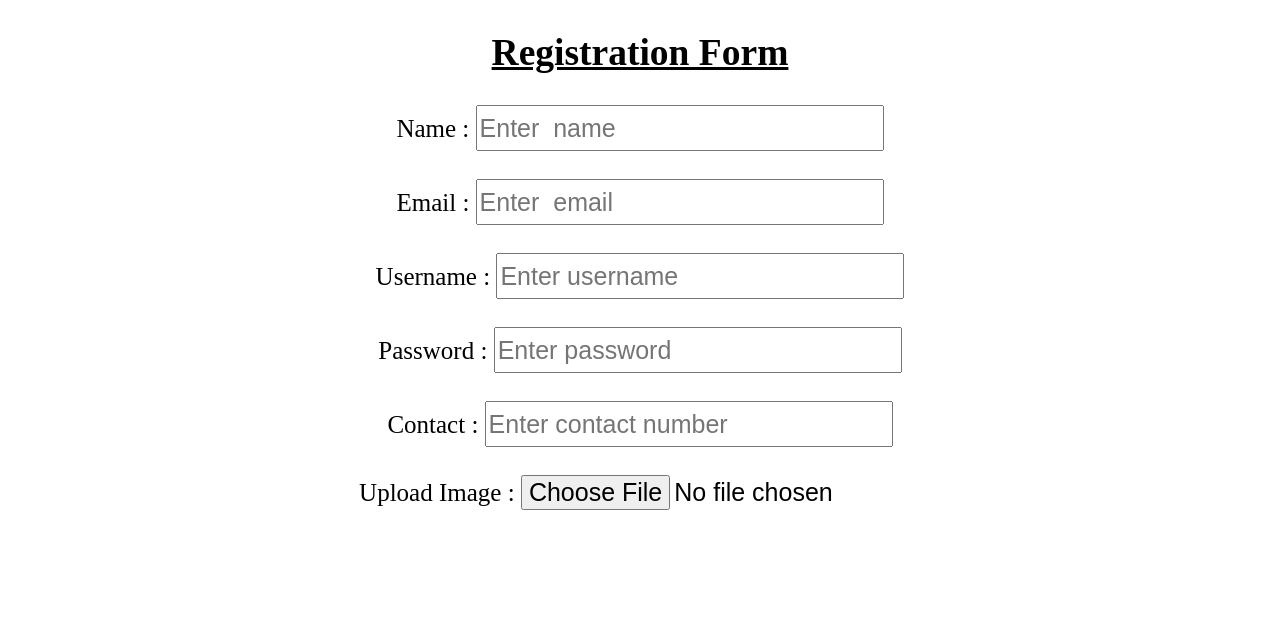
Repository: umeshkumarchamp/SpringMVC
Page: http://localhost/webapp/WEB-INF/views/home.jsp
These files come from the project's save history. The page is drawn as it stood at one moment and after the next save; the edit follows.
The browser window is 1280 px wide. The pictures show the whole page.
The page is served by Tomcat 9. Nobody is signed in. Other server files are loaded and not shown. The template is opened directly, without the code that normally fills it, so the values that code supplies are empty.

Above is the page before, as saved 2023-11-23 05:58:33.

### webapp/src/main/webapp/WEB-INF/views/home.jsp
<%@page contentType="text/html" pageEncoding="UTF-8"%>
<!DOCTYPE HTML PUBLIC "-//W3C//DTD HTML 4.01 Transitional//EN"
   "http://www.w3.org/TR/html4/loose.dtd">

<html>
<head>
<meta http-equiv="Content-Type" content="text/html; charset=UTF-8">
<title>Home</title>
</head>
<body style="font-size: 25px;">
	<form style="text-align: center">
		<h2>
			<u>Registration Form</u>
		</h2>
		<label>Name : </label> <input type="text" name="name" value=""
			style="font-size: 25px; width: 400px; height: 40px;"
			placeholder="Enter  name " /><br> <br> <label>Email
			: </label> <input type="email" name="email" value=""
			style="font-size: 25px; width: 400px; height: 40px;"
			placeholder="Enter  email" /><br> <br> <label>Username
			: </label> <input type="text" name="username" value=""
			style="font-size: 25px; width: 400px; height: 40px;"
			placeholder="Enter username " /><br> <br> <label>Password
			: </label> <input type="password" name="password" value=""
			style="font-size: 25px; width: 400px; height: 40px;"
			placeholder="Enter password " /><br> <br> <label>Contact
			: </label> <input type="number" name="contact" value=""
			style="font-size: 25px; width: 400px; height: 40px;"
			placeholder="Enter contact number " /><br> <br> <label>Upload
			Image : </label> <input type="file" name="contact" value=""
			style="font-size: 25px; width: 400px; height: 40px;"
			placeholder="Enter contact number " /><br> <br>

	</form>
</body>
</html>

After the next save:
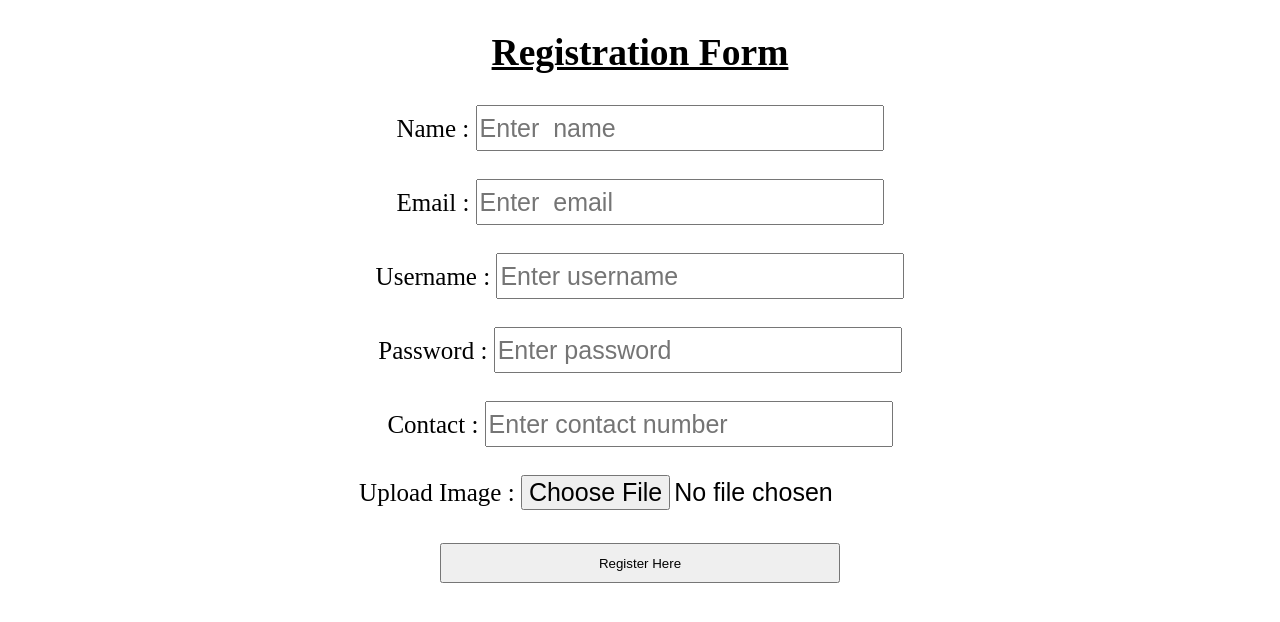
Saved 53 s later.
--- a/webapp/src/main/webapp/WEB-INF/views/home.jsp
+++ b/webapp/src/main/webapp/WEB-INF/views/home.jsp
@@ -30,7 +30,7 @@
 			Image : </label> <input type="file" name="contact" value=""
 			style="font-size: 25px; width: 400px; height: 40px;"
 			placeholder="Enter contact number " /><br> <br>
-
+			<input type="submit" value="Register Here" style="height:40px; width:400px;"/>
 	</form>
 </body>
 </html>
